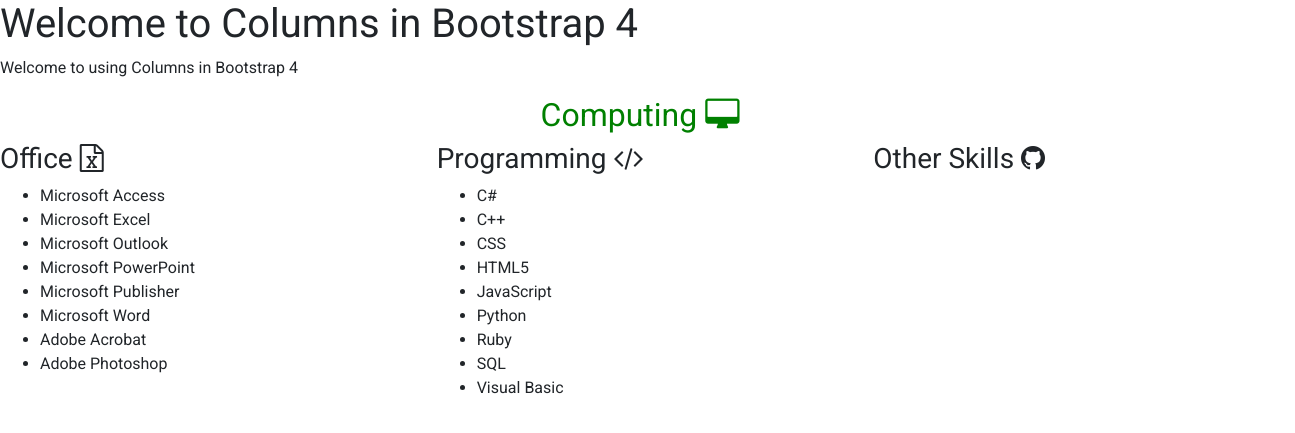
Repository: derektypist/columns-in-bootstrap-4
Page: index.html
The author's editor kept a record of every edit. The page is drawn from the files as they stood at one moment, then again after the next edit.
The browser window is 1280 px wide. The page is 1295 px wide, so the pictures cover 1295 px, including what lies to the right of the window. The pictures show the whole page.

Above is the page before.

### index.html
<!DOCTYPE html>
<html lang="en">

<head>
    <meta charset="UTF-8">
    <meta name="viewport" content="width=device-width, initial-scale=1.0">
    <meta http-equiv="X-UA-Compatible" content="ie=edge">
    <title>Document</title>
    <!-- Load Style Sheets -->
    <link rel="stylesheet" href="https://maxcdn.bootstrapcdn.com/bootstrap/4.3.1/css/bootstrap.min.css" integrity="sha384-ggOyR0iXCbMQv3Xipma34MD+dH/1fQ784/j6cY/iJTQUOhcWr7x9JvoRxT2MZw1T" crossorigin="anonymous">
    <link rel="stylesheet" href="https://maxcdn.bootstrapcdn.com/font-awesome/4.7.0/css/font-awesome.min.css" type="text/css" />
    <link href="https://fonts.googleapis.com/css?family=Roboto&display=swap" rel="stylesheet">
    <link href="style.css" rel="stylesheet">
</head>

<body>
    <!-- Apply Header -->
    <header>
        <h1>Welcome to Columns in Bootstrap 4</h1>
        <p>Welcome to using Columns in Bootstrap 4</p>
    </header>

    <!-- Apply Sections -->
    <section>
        <h2>Computing <i class="fa fa-desktop" aria-hidden="true"></i></h2>

        <!-- Set Up Row -->
        <article class="row">
            <!-- Set Up Article for Office -->
            <article class="col-sm-4">
                <h3>Office <i class="fa fa-file-excel-o" aria-hidden="true"></i></h3>
                <ul>
                    <li>Microsoft Access</li>
                    <li>Microsoft Excel</li>
                    <li>Microsoft Outlook</li>
                    <li>Microsoft PowerPoint</li>
                    <li>Microsoft Publisher</li>
                    <li>Microsoft Word</li>
                    <li>Adobe Acrobat</li>
                    <li>Adobe Photoshop</li>
                </ul>
            </article>

            <!-- Set Up Article for Programming -->
            <article class="col-sm-4">
                <h3>Programming <i class="fa fa-code" aria-hidden="true"></i></h3>
                <ul>
                    <li>C#</li>
                    <li>C++</li>
                    <li>CSS</li>
                    <li>HTML5</li>
                    <li>JavaScript</li>
                    <li>Python</li>
                    <li>Ruby</li>
                    <li>SQL</li>
                    <li>Visual Basic</li>
                </ul>
            </article>

            <!-- Set Up Article for Other Skills -->
            <article class="col-sm-4">
                <h3>Other Skills <i class="fa fa-github" aria-hidden="true"></i></h3>
            </article>
        </article>
    </section>

</body>

</html>

### style.css
/* Body */

body {
    font-family: "Roboto", Arial, Verdana, sans-serif;
}

/* Header */

#myheader {
    color: purple;
    text-align: center;
}


/* Section */

h2 {
    color: green;
    text-align: center;
}

/* Office */

.office {
    background-color: lightgreen;
}

/* Programming */

.programming {
    background-color: lightblue;
}

/* Other Skills */

.otherskills {
    background-color: pink;
}

After the next edit:
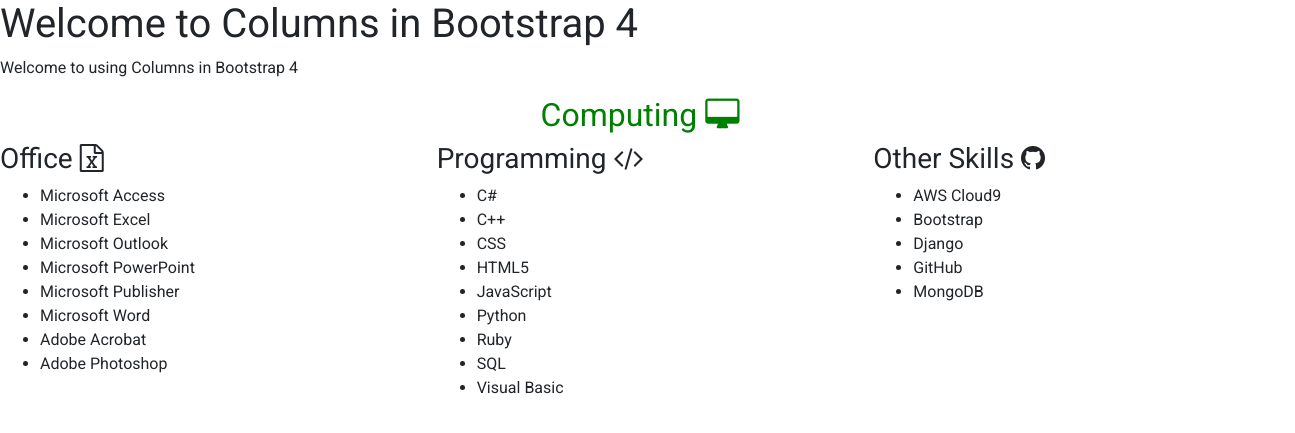
The edit:
--- a/index.html
+++ b/index.html
@@ -60,6 +60,13 @@
             <!-- Set Up Article for Other Skills -->
             <article class="col-sm-4">
                 <h3>Other Skills <i class="fa fa-github" aria-hidden="true"></i></h3>
+                <ul>
+                    <li>AWS Cloud9</li>
+                    <li>Bootstrap</li>
+                    <li>Django</li>
+                    <li>GitHub</li>
+                    <li>MongoDB</li>
+                </ul>
             </article>
         </article>
     </section>
